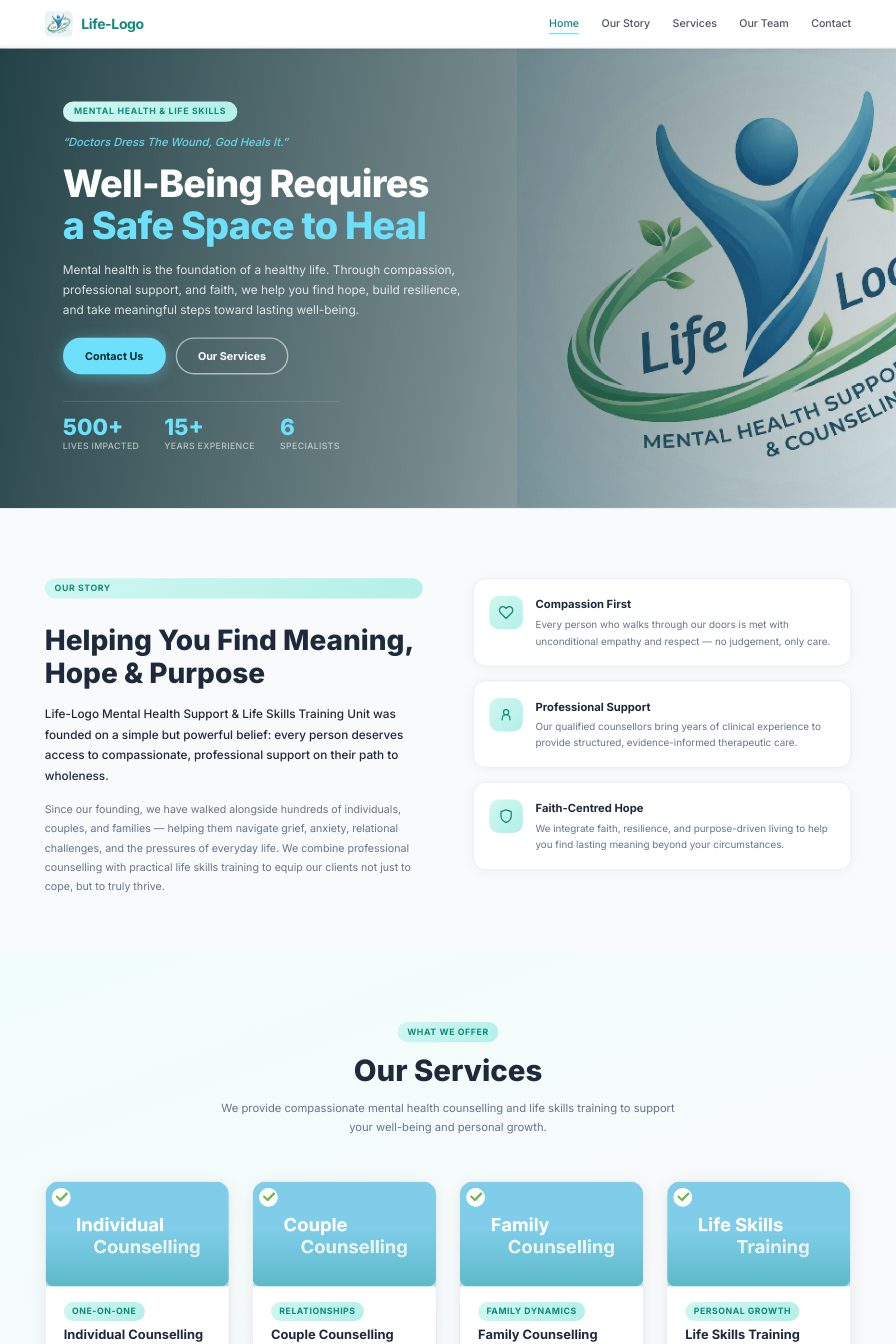
Repository: Tan47s/Lifelogo
Page: /
An editor plug-in stored every save of this project. The page is shown before and after the next save, followed by the edit.
The browser window is 1280 px wide. The pictures show the part of the page from y = 0 to 1920 px (the page is 5558 px tall), at 70% of full size.
The project was rebuilt for these pictures with package versions that can differ from the ones it lists, and the page was loaded fresh each time. Also part of the build but not shown: vite.config.js.

Above is the page before, as saved 2026-08-23 11:23:17.

After the next save:
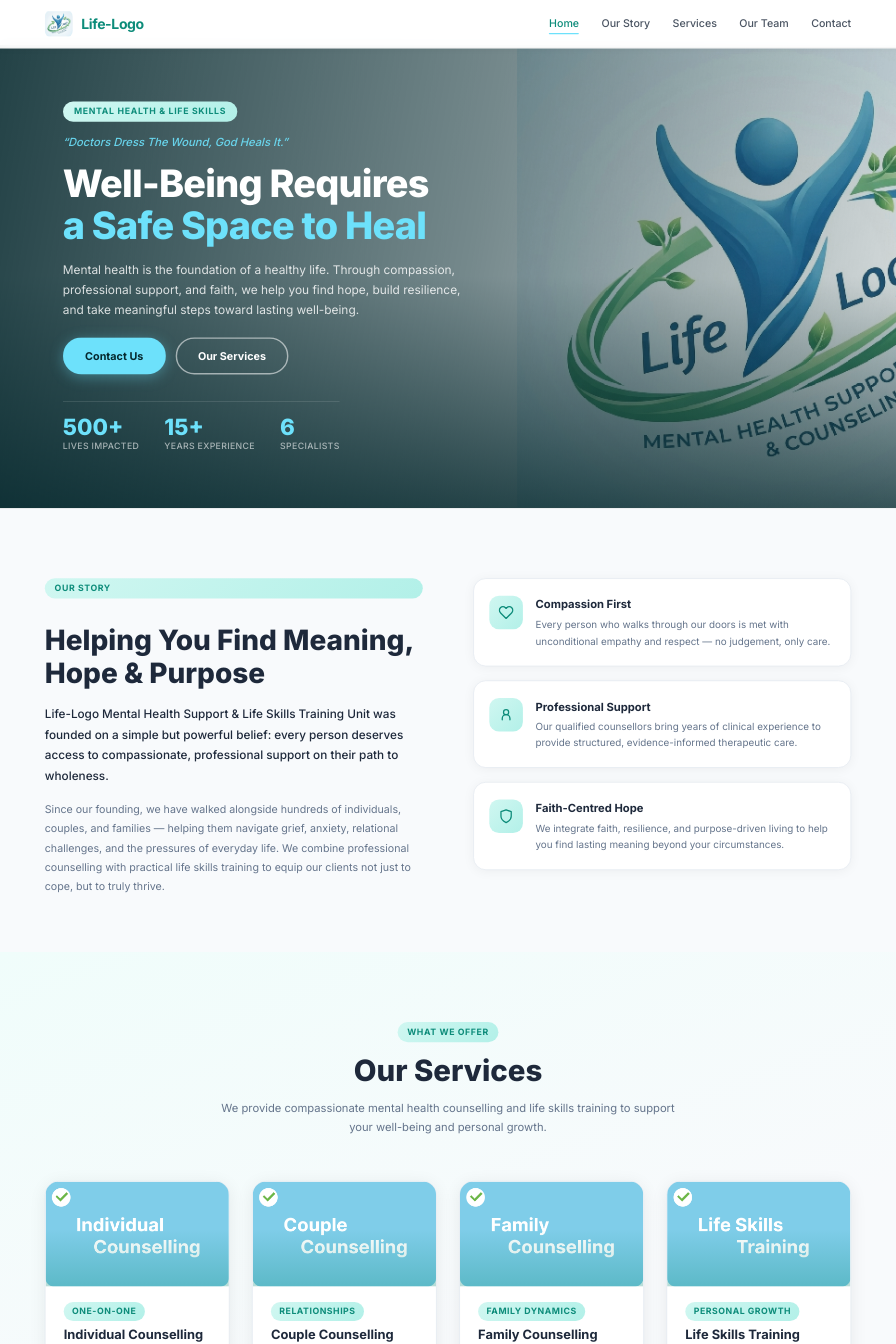
Saved 8 s later.
--- a/src/comp/herocon.css
+++ b/src/comp/herocon.css
@@ -24,7 +24,7 @@
   /* left-to-right: dark teal → transparent, plus bottom vignette */
   background:
     linear-gradient(100deg, rgba(5, 40, 45, 0.88) 0%, rgba(5, 40, 45, 0.55) 52%, rgba(5, 40, 45, 0.15) 100%),
-    linear-gradient(to top, rgba(5, 40, 45, 0.75) 0%, transparent 0%);
+    linear-gradient(to top, rgba(5, 40, 45, 0.75) 0%, transparent 50%);
   pointer-events: none;
 }
 
